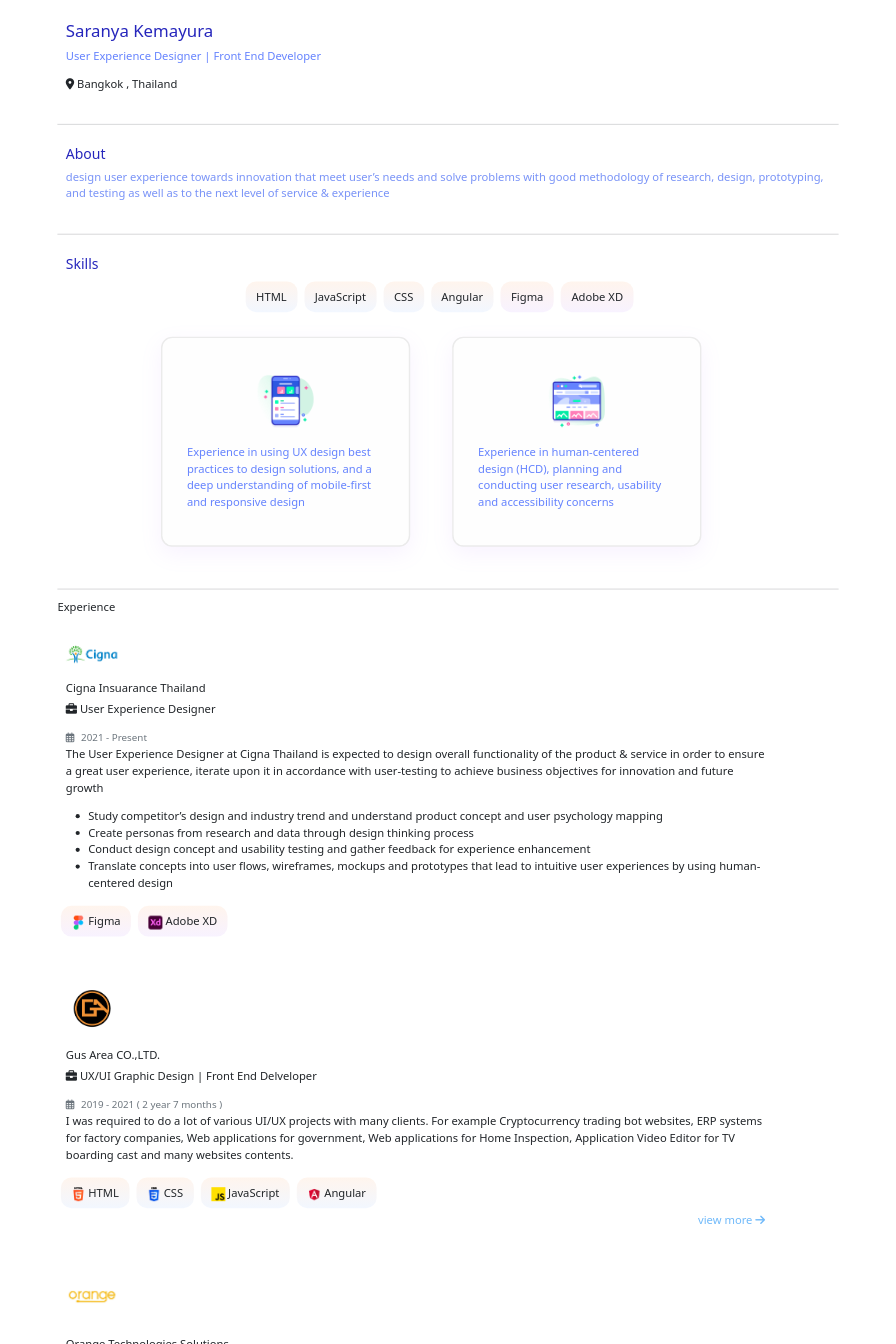
Repository: 0910th/portfolio
Page: index.html
An editor plug-in stored every save of this project. The page is shown before and after the next save, followed by the edit.
The browser window is 1280 px wide. The pictures show the part of the page from y = 0 to 1920 px (the page is 2961 px tall before and 3011 px after), at 70% of full size.

Above is the page before, as saved 2022-12-23 16:59:44.

### index.html
<!doctype html>
<html lang="en">

<head>
    <meta charset="utf-8">
    <meta name="viewport" content="width=device-width, initial-scale=1">
    <title>Saranya Portfolio</title>

    <link href="./css/bootstrap.min.css" rel="stylesheet" crossorigin="anonymous">
    <link href="./css/mystyle.css" rel="stylesheet" crossorigin="anonymous">
    <!--font awesome -->
    <link rel="stylesheet" href="./fontawesome/css/all.css" type="text/css">
    <link rel="stylesheet" href="./fontawesome/css/fontawesome.css">
    <link rel="stylesheet" href="./fontawesome/css/brands.css">
    <link rel="stylesheet" href="./fontawesome/css/solid.css">
</head>

<body>

    <div class="container-md">
        <!-- Content here -->
        <!-- section01 Name  -->
        <div class="row mg-30">
            <h4 class="purple-deep">Saranya Kemayura</h4>
            <p class="purple-light">User Experience Designer | Front End Developer</p>
            <p ><i class="fa-solid fa-location-dot"></i> Bangkok , Thailand </p>
        </div>
        <hr>
        <div class="row mg-30 bg-gradient-head">

            <h5 class="purple-deep">About</h5>
            <p class="purple-trans">design user experience towards innovation that meet user’s needs and solve problems with good methodology of
                research,
                design, prototyping, and testing as well as to the next level of service & experience</p>
        </div>
        <hr>
        <div class="row mg-30">
            <h5 class="purple-deep">Skills</h5>
            <div class="row justify-content-center">
                <div class="badge-text code">HTML</div>
                <div class="badge-text code">JavaScript</div>
                <div class="badge-text code">CSS</div>
                <div class="badge-text code">Angular</div>
                <div class="badge-text design">Figma</div>
                <div class="badge-text design">Adobe XD</div>
            </div>


            <div class="row">
                <div class="row justify-content-center">
                    <div class="col-md-4 col-sm-6 col-sx-12 card-skills">
                        <img class="card-icon" src="/images/user-interface.png">
                        Experience in using UX design best practices to design solutions, and a deep understanding of mobile-first and
                        responsive design
                    </div>
                    <div class="col-md-4 col-sm-6 col-sx-12 card-skills">
                        <img class="card-icon" src="/images/user-interface-research.png">
                        Experience in human-centered design (HCD), planning and conducting user research, usability and accessibility concerns
                    </div>
                </div>
            </div>

        </div>
        <hr>
        <div class="row">

            <h6>Experience</h6>
            <div class="row mg-30 vertical-line">
                <div class="col">
                    <img class="office-logo" src="/images/cignalogo.png">
                </div>
                <div class="col-11">
                    <h6> Cigna Insuarance Thailand </h6>
                    <p><i class="fa-solid fa-briefcase"></i> User Experience Designer </p>
                    <small class="text-muted"> <i class="fa-regular fa-calendar-days"></i> 2021 - Present </small>

                    <p > The User Experience Designer at Cigna Thailand is expected to design overall functionality of the product & service in
                    order to ensure a great user experience, iterate upon it in accordance with user-testing to achieve business objectives
                    for innovation and future growth </p>
                        <ul>
                            <li>Study competitor’s design and industry trend and understand product concept and user psychology mapping</li>
                            <li>Create personas from research and data through design thinking process</li>
                            <li>Conduct design concept and usability testing and gather feedback for experience enhancement</li>
                            <li>Translate concepts into user flows, wireframes, mockups and prototypes that lead to intuitive user experiences by
                            using human-centered design</li>
                        </ul>
                        <div class="row">
                            <div class="badge-text design"><img src="/images/figma.png" class="icon-logo"> Figma </div>
                            <div class="badge-text design"><img src="/images/xd.png" class="icon-logo"> Adobe XD </div>

                        </div>
                </div>

            </div>
            <div class="row mg-30 vertical-line">
                <div class="col">
                    <img class="office-logo" src="/images/guslogo.png">
                </div>
                <div class="col-11">
                    <h6> Gus Area CO.,LTD.   </h6>
                    <p> <i class="fa-solid fa-briefcase"></i> UX/UI Graphic Design | Front End Delveloper </p>
                    <small class="text-muted"> <i class="fa-regular fa-calendar-days"></i> 2019 - 2021 ( 2 year 7 months ) </small>

                    <p> I was required to do a lot of various UI/UX projects with many clients. For example Cryptocurrency trading bot websites,
                    ERP systems for factory companies, Web applications for government, Web applications for Home Inspection, Application
                    Video Editor for TV boarding cast and many websites contents.  </p>
                    <div class="row">
                        <div class="badge-text code"><img src="/images/html-5.png" class="icon-logo"> HTML </div>
                        <div class="badge-text code"><img src="/images/css-3.png" class="icon-logo"> CSS </div>
                        <div class="badge-text code"><img src="/images/js.png" class="icon-logo"> JavaScript </div>
                        <div class="badge-text code"><img src="/images/angular.png" class="icon-logo"> Angular </div>
                    </div>
                    <div class="align-end">
                        <a href="https://drive.google.com/file/d/1GT6gE9DtqS3qcQ0BoRsfJf4KunN4CFvU/view?usp=share_link" target="_blank"> view
                            more <i class="fa-sharp fa-solid fa-arrow-right"></i> </a>
                    </div>

                </div>

            </div>
            <div class="row mg-30 vertical-line">
                <div class="col">
                    <img class="office-logo" src="/images/orangelogo.jpg">
                </div>
                <div class="col-11">
                    <h6> Orange Technologies Solutions   </h6>
                    <p> <i class="fa-solid fa-briefcase"></i> Graphics Design </p>
                    <small class="text-muted"> <i class="fa-regular fa-calendar-days"></i> 2018 ( 3 months Internship ) </small>

                    <p> Determining the structure and design of web pages and made
                        ensuring web design is optimized for smartphones. Utilizing a variety of
                        markup languages to write web pages. Support customer in maintenance
                        service program. </p>
                    <div class="row">
                        <div class="badge-text code"><img src="/images/html-5.png" class="icon-logo"> HTML </div>
                        <div class="badge-text code"><img src="/images/css-3.png" class="icon-logo"> CSS </div>
                    </div>
                    <div class="align-end">
                        <a href="https://drive.google.com/file/d/1MODC7KRE6SoKk1lN0rvdMFdlt3xqDC_x/view?usp=sharing" target="_blank"> view
                            more <i class="fa-sharp fa-solid fa-arrow-right"></i> </a>
                    </div>
                </div>

            </div>
            <div class="row mg-30 vertical-line">
                <div class="col">
                    <img class="office-logo" src="/images/siamlogo.jpg">
                </div>
                <div class="col-11">
                    <h6> Siam University </h6>
                    <p> <i class="fa-solid fa-graduation-cap"></i> Bachelor of Science,Computer Science </p>
                    <small class="text-muted"> <i class="fa-regular fa-calendar-days"></i> Jun 2014 - Oct 2018 </small>

                    <div class="row mg-30">
                        <div class="col-md-2"> Project Name </div>
                        <div class="col-md-10"> Web application management of data for cooperation and public
                        relations. </div>
                    </div>
                    <div class="row mg-30">
                        <div class="col-md-2"> Description </div>
                        <div class="col-md-10"> Manage Co-Operated Case Study For Baan Fah Green Park Royal
                            Thonburirom </div>
                    </div>
                    <div class="row mg-30">
                        <div class="col-md-2"> Responsibilities </div>
                        <div class="col-md-10"> Front-End, UX/UI Design, System Algorithm Design, Project Management. </div>
                    </div>
                    <div class="row">
                        <div class="row">
                            <div class="badge-text code"><img src="/images/html-5.png" class="icon-logo"> HTML </div>
                            <div class="badge-text code"><img src="/images/css-3.png" class="icon-logo"> CSS </div>
                            <div class="badge-text code"><img src="/images/js.png" class="icon-logo"> JavaScript </div>
                            <div class="badge-text code"><img src="/images/angular.png" class="icon-logo"> Angular </div>
                            <div class="badge-text code"><img src="/images/firebaselogo.png" class="icon-logo"> Firebase </div>

                        </div>
                    </div>
                    <div class="align-end">
                        <a href="https://drive.google.com/file/d/1-WiQ9sEVFjpiMQZhy3hezphQuEG-YV4b/view?usp=sharing" target="_blank"> view more <i class="fa-sharp fa-solid fa-arrow-right"></i> </a>
                    </div>
                </div>

            </div>
        </div>
        <hr>
        <h6>Licenses & Certificate</h6>
        <div class="row">


                <div class="col-md-6 mg-30">
                    <div class="row">
                        <div class="col-md-2">
                            <img class="office-logo" src="/images/tdclogo.jpg">
                        </div>
                        <div class="col-md-10">
                            <h6>User Experience UX(Design):Design Solutions for your Users</h6>
                            <p>Thammasat Design Center (TDC)</p>
                            <small class="text-muted"> Issued Feb 2022 </small>
                            <div class="">
                                <a class="btn btn-outline-primary"
                                    href="https://drive.google.com/file/d/1K9nLmPM9IpYpREJaLTQpupgg0pyApNxf/view?usp=sharing" target="_blank">Show
                                    credential <i class="fa-solid fa-up-right-from-square"></i> </a>
                            </div>
                        </div>
                    </div>

                </div>
                <div class="col-md-6 mg-30">
                    <div class="row">
                        <div class="col-md-2">
                            <img class="office-logo" src="/images/skooldiologo.jpg">
                        </div>
                        <div class="col-md-10">
                            <h6>UX Writing</h6>
                            <p>Skooldio (TDC)</p>
                            <small class="text-muted"> Issued Dec 2022 </small>
                            <div class="">
                                <a class="btn btn-outline-primary" href="https://drive.google.com/file/d/1BEAHY4evkZaUVi4WXsF9LlQV7Dov4a3x/view?usp=sharing" target="_blank">Show credential <i class="fa-solid fa-up-right-from-square"></i> </a>
                            </div>
                        </div>
                    </div>

                </div>

        </div>

    </div>

    <!-- script -->
    <script src="https://cdn.jsdelivr.net/npm/@popperjs/core@2.11.6/dist/umd/popper.min.js"
        integrity="sha384-oBqDVmMz9ATKxIep9tiCxS/Z9fNfEXiDAYTujMAeBAsjFuCZSmKbSSUnQlmh/jp3"
        crossorigin="anonymous"></script>
    <script src="https://cdn.jsdelivr.net/npm/bootstrap@5.2.3/dist/js/bootstrap.min.js"
        integrity="sha384-cuYeSxntonz0PPNlHhBs68uyIAVpIIOZZ5JqeqvYYIcEL727kskC66kF92t6Xl2V"
        crossorigin="anonymous"></script>
</body>

</html>

### css/mystyle.css
/*
body {
   background-color:  #f2f6ff;
} */
.text-right {
    text-align: right;
}
.mg-30 {
    margin: 30px 0px;
}
.purple-deep {
    color: #2626bc;
}
.purple-light {
    color: #6583fe;
}
.purple-trans {
    color:#7993f7;
}
.badge-text {
    padding: 10px 15px;
    margin: 5px 5px;
    text-align: justify;
    vertical-align: middle;
    width: max-content;
    border-radius: 15px;

}
.badge-text.code {
    background-color: #f0f8ff;
    background: linear-gradient(180deg,rgba(255,153,80,.1),rgba(129, 177, 255, 0.1));
}
.badge-text.design {
    background-color: #fff3b7;
    background: linear-gradient(180deg,rgba(255,153,80,.1),rgba(184,129,255,.1));

}
.card-skills{
    color: #6583fe;
    background: #fefefe;
    border-radius: 16px;
    border: 2px solid #ebebeb;
    padding: 50px 35px;
    margin: 30px;
    box-shadow: 0 10px 30px rgba(184,129,255,.1);
}
.card-icon {
    text-align: center;
    display: block;
    width: 80px;
    height: auto;
    margin-left: auto;
    margin-right: auto;
    margin-bottom: 20px;
}
.icon-logo {
    max-width: 20px;
    height: auto;
}
.office-logo {
    max-width: 75px;
    margin-bottom: 20px;
}
.align-end {
    text-align: right;
}
.align-end a {
    text-decoration: none;
    color: #6fb9fa;
}
.align-end a:hover {
    color:#54adfa;
}
small > i {
    margin-right: 6px;
}
a.btn.btn-outline-primary {
    margin: 10px 0;
    color:  #6fb9fa;
    border: 2px solid #6fb9fa;

}
a.btn.btn-outline-primary:hover {
    color:  #ffffff;
    border-color: #54adfa;
    background-color:  #54adfa;
}
@media (max-width:450px) {
    .vertical-line {
        border-left: 2px solid #e3e3e3;
        margin-left: 15px;
    }
}

Loaded but not shown: css/bootstrap.min.css (library); fontawesome/css/all.css (library); fontawesome/css/fontawesome.css (library); fontawesome/css/solid.css (common file); fontawesome/css/brands.css (1432 lines, source omitted)

After the next save:
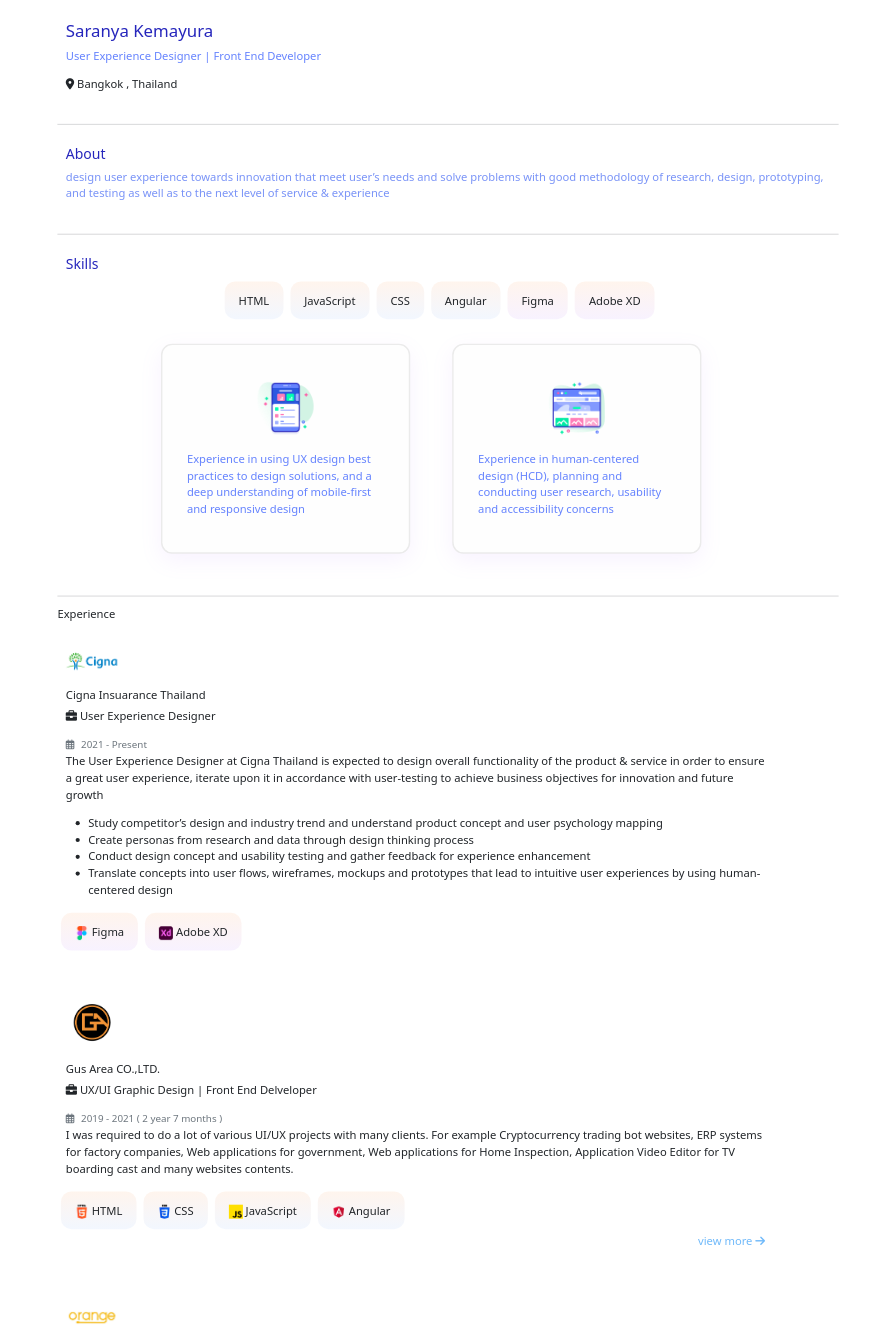
Saved 17 s later.
--- a/css/mystyle.css
+++ b/css/mystyle.css
@@ -18,7 +18,7 @@
     color:#7993f7;
 }
 .badge-text {
-    padding: 10px 15px;
+    padding: 15px 20px;
     margin: 5px 5px;
     text-align: justify;
     vertical-align: middle;
